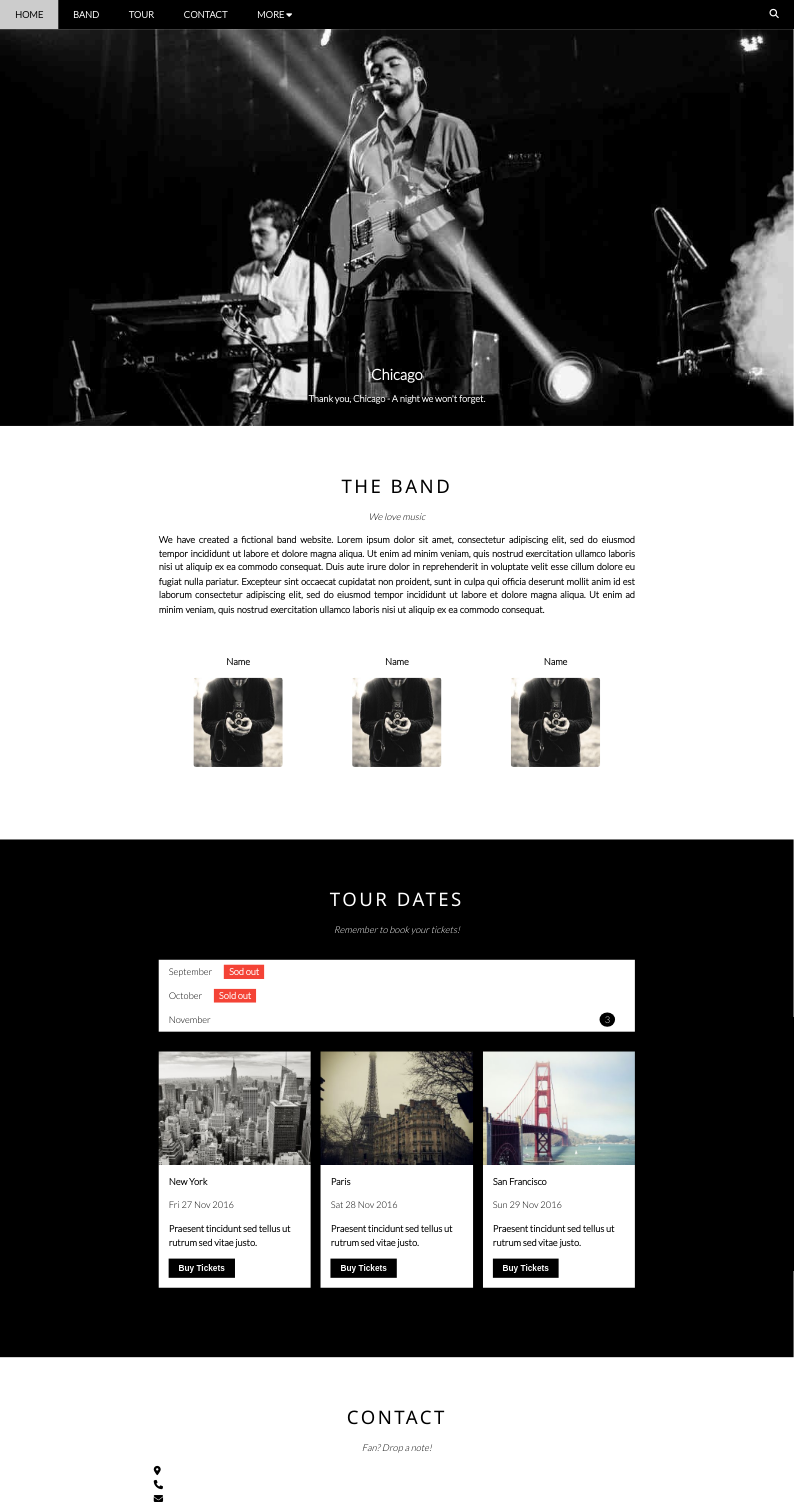
Repository: vanmanhAI/project-03-w3
Page: index.html
An editor plug-in stored every save of this project. The page is shown before and after a run of saves, followed by the edit.
The browser window is 1280 px wide. The pictures show the whole page, at 62% of full size.
Some web libraries are served in a nearby version.

Above is the page before, as saved 2022-07-13 10:21:25.

After the next 5 saves:
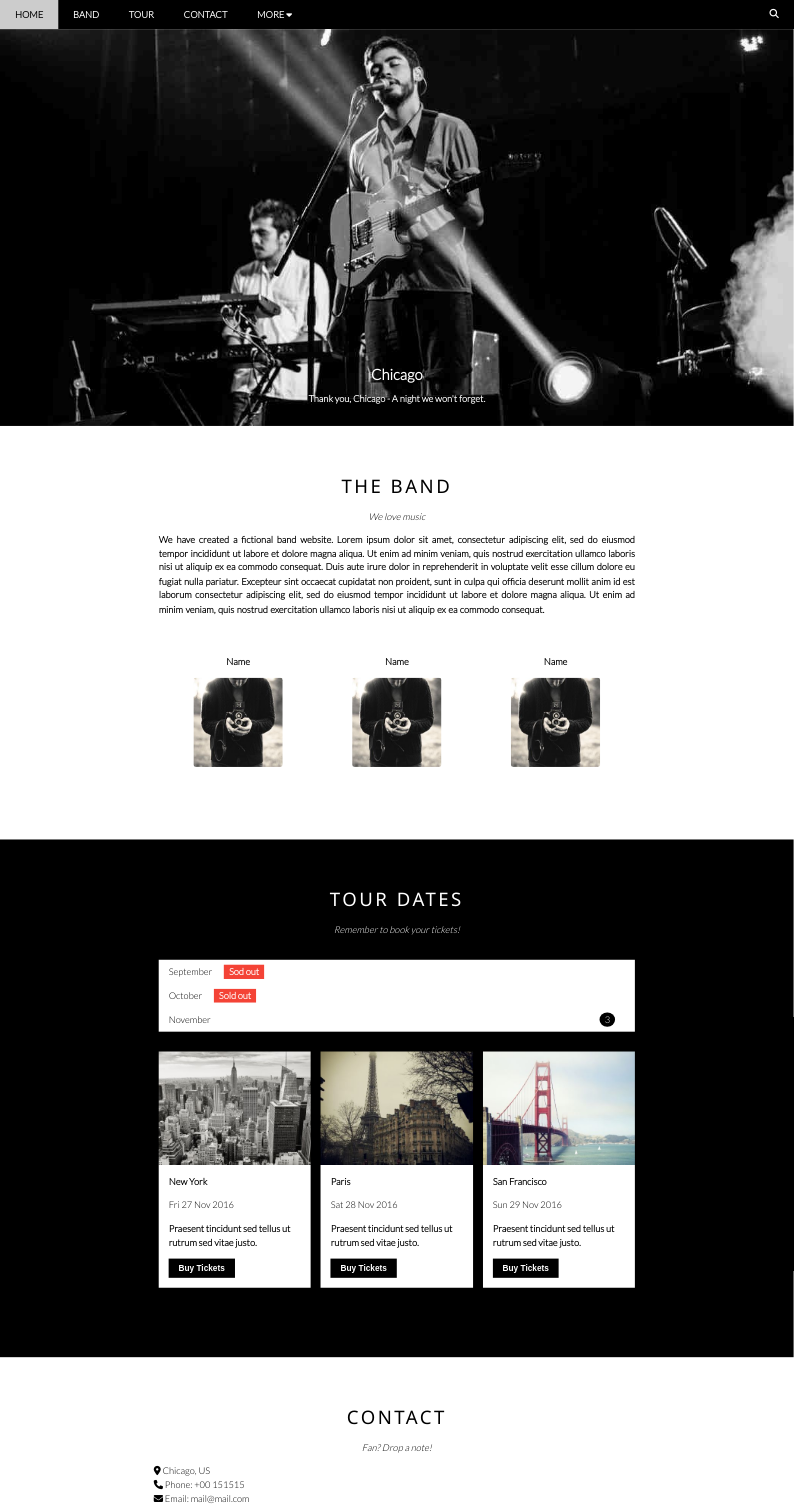
The 5 saves are shown as one change because they came seconds apart.
The last was saved 21 s later.
--- a/index.html
+++ b/index.html
@@ -111,15 +111,15 @@
                     <div class="col col-half">
                         <p>
                             <i class="fa-solid fa-location-dot"></i>
-
+                            Chicago, US
                         </p>
                         <p>
                             <i class="fa-solid fa-phone"></i>
-
+                            Phone: +00 151515
                         </p>
                         <p>
                             <i class="fa-solid fa-envelope"></i>
-
+                            Email: mail@mail.com
                         </p>
                     </div>
                     <div class="col col-half"></div>
